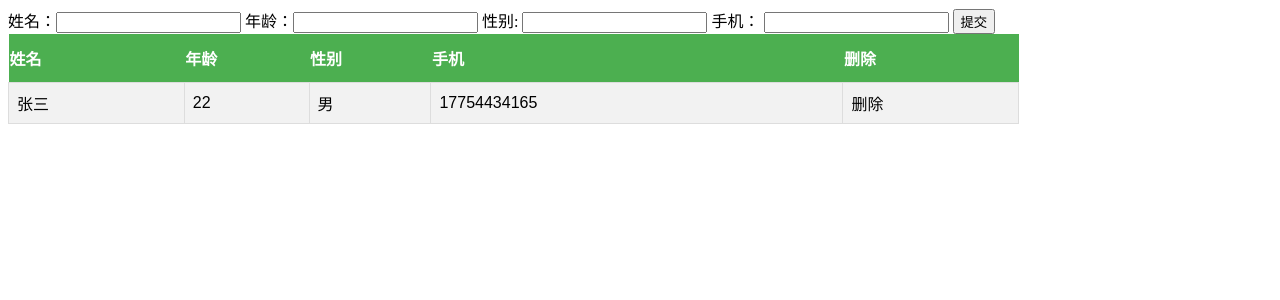
Repository: 1404413577/jsdemo
Page: small-demo/录入信息.html
The author's editor kept a copy of each file at every save. The page is drawn from the files as they stood at one save, then again after the next save.
The browser window is 1280 px wide. The pictures show the whole page.

Above is the page before, as saved 2022-11-20 15:28:47.

### small-demo/录入信息.html
<!DOCTYPE html>
<html lang="en">

<head>
    <meta charset="UTF-8">
    <meta http-equiv="X-UA-Compatible" content="IE=edge">
    <meta name="viewport" content="width=device-width, initial-scale=1.0">
    <title>Document</title>
    <style>
        .customers {
            font-family: Arial, Helvetica, sans-serif;
            border-collapse: collapse;
            width: 80%;
        }

        .customers td,
        #customers th {
            border: 1px solid #ddd;
            padding: 8px;
        }

        .customers tr:nth-child(even) {
            background-color: #f2f2f2;
        }

        .customers tr:hover {
            background-color: #ddd;
        }

        .customers th {
            padding-top: 12px;
            padding-bottom: 12px;
            text-align: left;
            background-color: #4CAF50;
            color: white;
        }
    </style>
</head>

<body>
    <div>
        姓名：<input type="text">
        年龄：<input type="text">
        性别: <input type="number">
        手机： <input type="text">
        <button type="submit">提交</button>
    </div>

    <table class="customers">
        <tr>
            <th>姓名</th>
            <th>年龄</th>
            <th>性别</th>
            <th>手机</th>
            <th>删除</th>
        </tr>
        <tr>
            <td>张三</td>
            <td>22</td>
            <td>男</td>
            <td>17754434165</td>
            <td>删除</td>
        </tr>
    </table>
</body>

</html>

After the next save:
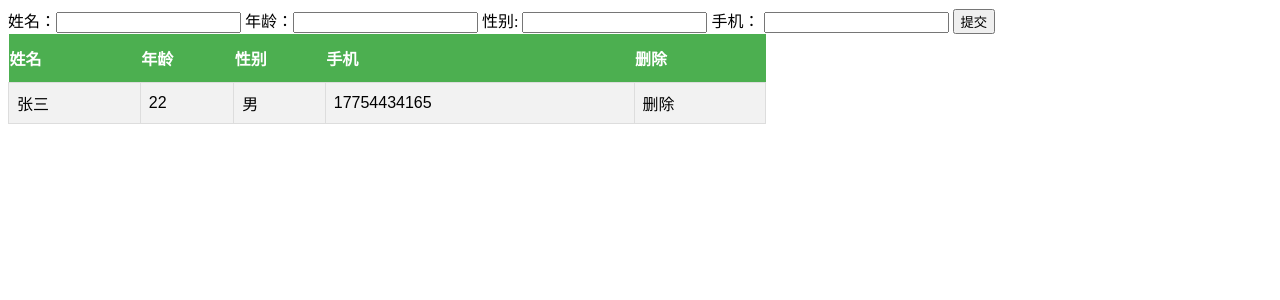
Saved 5 s later.
--- a/small-demo/录入信息.html
+++ b/small-demo/录入信息.html
@@ -10,7 +10,7 @@
         .customers {
             font-family: Arial, Helvetica, sans-serif;
             border-collapse: collapse;
-            width: 80%;
+            width: 60%;
         }
 
         .customers td,
